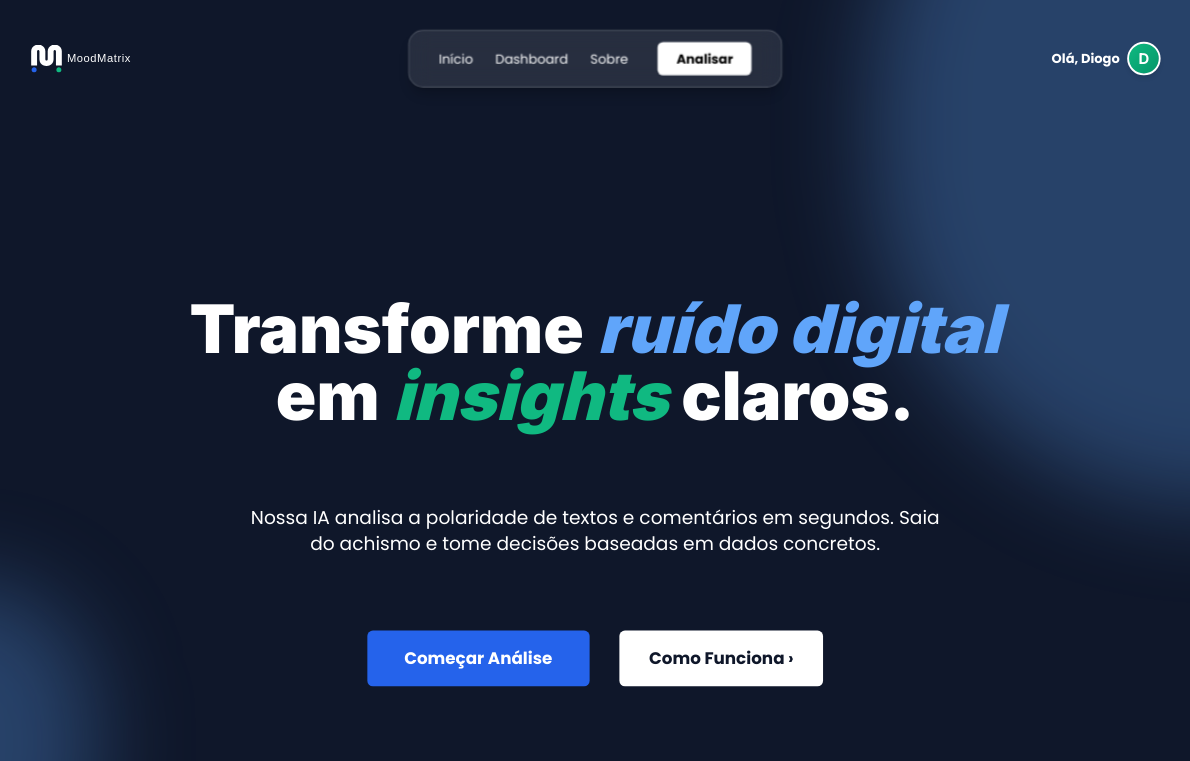
Repository: Hackaton-ONE/hackathon-Frontend
Page: /
An editor plug-in stored every save of this project. The page is shown before and after a run of saves, followed by the edit.
The browser window is 1280 px wide. The pictures show the whole page, at 93% of full size.
An inner scrolling area shows only its first screen. Some web fonts or font styles are not loaded; a fallback is used. The project was rebuilt for these pictures with package versions that can differ from the ones it lists, and the page was loaded fresh each time. The framework's server and built-in components were replaced by stand-ins that run in the browser. Also part of the build but not shown: next.config.ts.

Above is the page before, as saved 2026-01-02 13:30:06.

### app/layout.tsx
import type { Metadata } from "next";
import { Inter, Poppins, MuseoModerno } from "next/font/google"; // 1. Importar Poppins
import "./globals.css";


// 2. Configurar Inter
const inter = Inter({
  subsets: ["latin"],
  variable: "--font-inter",
});

// 3. Configurar Poppins (Pesos comuns: 400, 600, 700)
const poppins = Poppins({
  weight: ['400', '600', '700'],
  subsets: ["latin"],
  variable: "--font-poppins",
});

const museo = MuseoModerno({
  subsets: ["latin"],
  variable: "--font-museo",
  display: "swap",
});

export const metadata: Metadata = {
  title: "MoodMatrix",
  description: "Análise de sentimentos com IA",
};

export default function RootLayout({
  children,
}: Readonly<{

  children: React.ReactNode;
}>) {
  return (
    <html lang="pt-br">
      {/* 4. Adicionar ambas as variáveis no body */}
      <body className={`${inter.variable} ${poppins.variable} ${museo.variable} bg-mood-dark text-white font-sans antialiased`}>

        {children}
      </body>
    </html>
  );
}

### app/page.tsx
import { Navbar } from "@/components/Navbar";
import { HeroSection } from "../components/HeroSection";
import { TechStack } from "@/components/TechStack";

export default function Home() {
  return (
    <main className="min-h-screen bg-mood-dark text-white selection:bg-neon-green selection:text-mood-dark overflow-x-hidden">
      {/* A Navbar já está no layout.tsx, então não precisa repetir aqui se já colocou lá */}
      <Navbar />
      <HeroSection />

      {/* Aqui virão as próximas seções (Tech Stack, Benefícios, etc.) */}

    </main>
  );
}

### app/globals.css
@tailwind base;
@tailwind components;
@tailwind utilities;

/* Define o fundo padrão do site inteiro e a cor do texto */
body {
  background-color: #0F172A; /* mood.dark */
  color: #ffffff;
  min-height: 100vh;
}

/* Utilitário para o efeito de Vidro (Glassmorphism) */
.glass {
  background: rgba(30, 41, 59, 0.4); /* mood.gray com transparência */
  backdrop-filter: blur(12px);
  -webkit-backdrop-filter: blur(12px);
  border: 1px solid rgba(255, 255, 255, 0.1);
}

/* === PERSONALIZAÇÃO DA BARRA DE ROLAGEM === */

/* 1. Define a largura da barra */
::-webkit-scrollbar {
  width: 8px;
  height: 8px;
}

/* 2. Remove o fundo (Track) */
::-webkit-scrollbar-track {
  background: transparent;
}

/* 3. Cor da barra (Thumb)*/
::-webkit-scrollbar-thumb {
  background-color: #2563EB;
  border-radius: 9999px;
}

/* 4. Efeito ao passar o mouse */
::-webkit-scrollbar-thumb:hover {
  background-color: #60A5FA; /* blue-light */
}

/* 5. Remove as setas (Buttons) */
::-webkit-scrollbar-button {
  display: none;
}

### components/Navbar.tsx
"use client";

import Link from "next/link";
import { useState } from "react";
import { Menu, X } from "lucide-react";
import Image from "next/image";

// Componente NavLink (Link com sublinhado azul)
const NavLink = ({ href, children }: { href: string; children: React.ReactNode }) => (
  <Link
    href={href}
    className="relative group text-white transition-colors font-medium text-sm"
  >
    {children}
    <span className="absolute -bottom-1 left-0 w-0 h-[2px] bg-blue-default transition-all duration-300 ease-out group-hover:w-full" />
  </Link>
);

export function Navbar() {
  const [isOpen, setIsOpen] = useState(false);

  return (
    // Container Principal
    <div className="relative top-0 left-0 w-full z-50 px-8 py-8">

      <div className="max-w-[1600px] mx-auto flex justify-between items-center lg:grid lg:grid-cols-3">

        {/* =======================
            1. LOGO (Coluna 1 - Alinhado à Esquerda)
           ======================= */}
        <div className="flex justify-start">
          <Link href="/" className="flex items-center gap-1 z-50 group">
            <div className="relative w-8 h-8 lg:w-9 lg:h-9 flex items-center justify-center">
              <Image
                src="/logo.svg"
                alt="Logo MoodMatrix"
                fill
                className="object-contain"
              />
            </div>

            <span className="text-white font-medium text-xs font-museo tracking-wider">
              Mood<span>Matrix</span>
            </span>
          </Link>
        </div>

        {/* =======================
            2. PÍLULA CENTRAL (Coluna 2)
            MUDANÇA: 'hidden lg:flex'
            (Escondido em Tablet/Mobile, Flex em Notebook+)
           ======================= */}
        <div className="hidden lg:flex justify-center">
          <nav className="flex items-center gap-8 pl-8 pr-8 py-3 rounded-2xl bg-white/10 backdrop-blur-md border border-white/20 shadow-lg shadow-black/20">
            {/* Links */}
            <div className="flex items-center gap-6 font-poppins font-bold">
              <NavLink href="/">Início</NavLink>
              <NavLink href="/dashboard">Dashboard</NavLink>
              <NavLink href="#sobre">Sobre</NavLink>
            </div>

            {/* Botão Analisar */}
            <Link href="/analisar">
              <button className="bg-white hover:bg-neon-orange text-black font-poppins font-bold text-sm px-5 py-2 rounded-md transition-all duration-200 shadow-sm hover:shadow-md">
                Analisar
              </button>
            </Link>
          </nav>
        </div>

        {/* =======================
            3. AVATAR / MENU (Coluna 3 - Alinhado à Direita)
           ======================= */}
        <div className="flex justify-end items-center gap-4 z-50">

          {/* Avatar (Desktop) */}
          <div className="hidden lg:flex items-center gap-2 pl-4">
            <div className="text-right hidden lg:block">
              <p className="font-poppins text-sm font-bold text-white">Olá, Diogo</p>
            </div>
            <div className="w-9 h-9 rounded-full bg-gradient-to-br from-neon-green to-emerald-600 flex items-center justify-center text-white font-bold border-2 border-white shadow-md">
              D
            </div>
          </div>

          {/* Botão Hambúrguer (Mobile) */}
          <button
            onClick={() => setIsOpen(!isOpen)}
            className="lg:hidden text-white hover:text-neon-blue transition p-1"
          >
            {isOpen ? <X size={28} /> : <Menu size={28} />}
          </button>
        </div>

      </div>

      {/* =======================
          4. MENU MOBILE DROPDOWN
         ======================= */}
      {isOpen && (
        <div className="lg:hidden absolute top-24 left-4 right-4 z-10 bg-mood-dark/95 backdrop-blur-xl border border-white/10 rounded-2xl p-4 shadow-2xl animate-in fade-in slide-in-from-top-5">

          <div className="flex flex-col space-y-1">
            <Link href="/" onClick={() => setIsOpen(false)} className="block px-4 py-3 text-white/90 hover:text-white hover:bg-blue-default rounded-lg transition-colors text-sm font-medium">
              Início
            </Link>
            <Link href="/dashboard" onClick={() => setIsOpen(false)} className="block px-4 py-3 text-white/90 hover:text-white hover:bg-blue-default rounded-lg transition-colors text-sm font-medium">
              Dashboard
            </Link>
            <Link href="#sobre" onClick={() => setIsOpen(false)} className="block px-4 py-3 text-white/90 hover:text-white hover:bg-blue-default rounded-lg transition-colors text-sm font-medium">
              Sobre
            </Link>
          </div>

          <div className="my-3 border-t border-white/10" />

          <Link href="/analisar" onClick={() => setIsOpen(false)}>
            <button className="w-full bg-white hover:bg-neon-orange text-mood-dark border border-white/20 font-poppins font-bold text-sm py-3 rounded-lg transition-all duration-200">
              Analisar
            </button>
          </Link>

          <div className="mt-4 pt-4 border-t border-white/10 flex items-center gap-3">
            <div className="w-8 h-8 rounded-full bg-gradient-to-br from-neon-green to-emerald-600 flex items-center justify-center text-white font-bold text-xs">
              D
            </div>
            <div>
              <p className="text-sm font-bold text-white">Diogo</p>
              <p className="text-xs text-gray-400">diogo@exemplo.com</p>
            </div>
          </div>

        </div>
      )}
    </div>
  );
}

### components/HeroSection.tsx
import Link from "next/link";
import { Button } from "./Button"; // Importando seu botão personalizado

export function HeroSection() {
  return (
    <section className="relative pt-32 lg:pt-48 pb-20 px-4">

      {/* =========================================
          ELEMENTOS DECORATIVOS DE FUNDO (GLOWS)
          ========================================= */}

{/* 1. ELIPSE MAIOR (Direita/Topo)
          x: 946.5, y: -78.06 -> right-0 top-[-78px] (Ajustado para responsivo)
          w: 743.5, h: 817.56 -> w-[743px] h-[817px]
          fill: 60A5FA 30% -> bg-blue-light/30
          blur: 160 -> blur-[160px]
      */}
      <div
        className="
          absolute
          top-[-500px] lg:top-[-400px] 2xl:top-[-300px]
          right-[-600px] lg:right-[-400px] 2xl:right-[-300px] /* Ajuste fino para telas diferentes */
          w-[743px]
          h-[817px]
          bg-blue-light/30
          blur-[50px]
          rounded-full
          z-0
          pointer-events-none
        "
      />

      {/* 2. ELIPSE MENOR (Esquerda/Baixo)
          x: -90, y: 546 -> left-[-90px] top-[546px]
          w: 282, h: 343 -> w-[282px] h-[343px]
          fill: 60A5FA 30% -> bg-blue-light/30
          blur: 160 -> blur-[160px]
      */}
      <div
        className="
          absolute
          top-[300px] lg:top-[500px] 2xl:top-[400px]
          left-[-200px] lg:left-[-180px] 2xl:left-[-100px]
          w-[282px]
          h-[343px]
          bg-blue-light/30
          blur-[50px]
          rounded-full
          z-0
          pointer-events-none
        "
      />


      {/* =========================================
          CONTEÚDO PRINCIPAL
          ========================================= */}
      <div className="relative z-10 max-w-7xl mx-auto text-center flex flex-col items-center">

        {/* TÍTULO */}
        <h1 className="font-inter font-black text-4xl md:text-6xl lg:text-7xl 2xl:text-8xl leading-tight text-white mb-8 md:mb-14 lg:mb-20 max-w-7xl">
          Transforme <span className="italic text-blue-light">ruído digital</span> <br className="hidden md:block" />
          em <span className="italic text-neon-green">insights</span> claros.
        </h1>

        {/* SUBTÍTULO */}
        <p className="font-poppins font-light text-white text-base md:text-xl mb-8 md:mb-14 lg:mb-20 max-w-3xl">
          Nossa IA analisa a polaridade de textos e comentários em segundos. Saia do achismo e tome decisões baseadas em dados concretos.
        </p>

        {/* BOTÕES DE AÇÃO (CTA) */}
        <div className="flex flex-col sm:flex-row gap-6 md:gap-8 2xl:gap-10 w-full sm:w-auto">
          <Link href="/analisar">
            <Button variant="primary" className="w-full sm:w-auto text-lg px-8 lg:px-10 py-4 bg-blue-default hover:bg-neon-green font-poppins">
              Começar Análise
            </Button>
          </Link>

          <Link href="#como-funciona">
            <Button variant="outline" className="w-full sm:w-auto text-lg px-8 py-4 bg-white  font-poppins">
              Como Funciona ›
            </Button>
          </Link>
        </div>

      </div>
    </section>
  );
}

### components/Button.tsx
import React from "react";

interface ButtonProps extends React.ButtonHTMLAttributes<HTMLButtonElement> {
  variant?: "primary" | "outline" | "ghost";
  children: React.ReactNode;
}

export function Button({ variant = "primary", className = "", children, ...props }: ButtonProps) {

  const baseStyles = "px-6 py-3 rounded-md font-bold transition-all duration-200 flex items-center justify-center gap-2 active:scale-[0.98]";

  const variants = {
    primary: "text-white active:translate-y-1",

    // Outline (Borda simples)
    outline: "text-mood-dark",

    // Ghost (Transparente)
    ghost:   "bg-transparent text-gray-400 hover:text-white hover:bg-white/5",
  };

  return (
    <button
      className={`${baseStyles} ${variants[variant]} ${className}`}
      {...props}
    >
      {children}
    </button>
  );
}

### tailwind.config.ts
/** @type {import('tailwindcss').Config} */
const config = {
  // Configuração de onde o Tailwind procura as classes
  content: [
    "./app/**/*.{js,ts,jsx,tsx,mdx}",
    "./pages/**/*.{js,ts,jsx,tsx,mdx}",
    "./components/**/*.{js,ts,jsx,tsx,mdx}",
    "./src/app/**/*.{js,ts,jsx,tsx,mdx}",
    "./src/pages/**/*.{js,ts,jsx,tsx,mdx}",
    "./src/components/**/*.{js,ts,jsx,tsx,mdx}",
  ],
  theme: {
    extend: {
      colors: {
        white: "#FFFFFF",
        mood: {
          dark: "#0F172A", // Fundo Azul Escuro
          nav: "#FFFFFF",  // Base para Navbar
        },
        blue: {
          light: "#60A5FA",   // Azul Claro
          default: "#2563EB", // Azul Padrão
          dark: "#1E3A8A",    // Azul Escuro
        },
        neon: {
          green: "#10B981",
          red: "#B91C1C",
          orange: "#F59E0B",
        },
      },
      fontFamily: {
        sans: ['var(--font-inter)', 'sans-serif'],
        poppins: ['var(--font-poppins)', 'sans-serif'],
        museo: ['var(--font-museo)', 'sans-serif'],
      },
      backgroundImage: {
        // Gradientes de Seta e Barra de Progresso
        'gradient-pos': 'linear-gradient(to right, #2563EB, #10B981)',
        'gradient-neg': 'linear-gradient(to right, #B91C1C, #F59E0B)',

        // Gradientes Sutis para os Cards (Glassmorphism)
        'card-blue': 'linear-gradient(180deg, rgba(255, 255, 255, 0) 0%, rgba(96, 165, 250, 0.05) 100%)',
        'card-green': 'linear-gradient(180deg, rgba(255, 255, 255, 0) 0%, rgba(16, 185, 129, 0.05) 100%)',
        'card-red': 'linear-gradient(180deg, rgba(255, 255, 255, 0) 0%, rgba(185, 28, 28, 0.05) 100%)',
        'card-orange': 'linear-gradient(180deg, rgba(255, 255, 255, 0) 0%, rgba(245, 158, 11, 0.05) 100%)', // NOVO
      }
    },
  },
  plugins: [],
};

export default config;

### components/TechStack.tsx
import React from "react";

export function TechStack() {

  // Lista dos ícones com seus SVGs exatos
  const technologies = [
    {
      name: "Figma",
      path: (
        <path d="M8.333 12.5c0 1.84 1.494 3.333 3.334 3.333h1.666V12.5h-5zm0-4.167c0-1.84 1.493-3.333 3.334-3.333h1.666v3.333h-5zm0 8.334c0 1.84 1.494 3.333 3.334 3.333 1.84 0 3.333-1.493 3.333-3.333V12.5h-1.667v4.167h-5zM16.667 5H15V8.333h1.667c1.84 0 3.333-1.493 3.333-3.333S18.507 5 16.667 5zm0 4.167H15V12.5h1.667c1.84 0 3.333-1.494 3.333-3.333s-1.493-3.334-3.333-3.334z" />
      ),
    },
    {
      name: "Next.js",
      path: (
        <path d="M12 2C6.477 2 2 6.477 2 12s4.477 10 10 10 10-4.477 10-10S17.523 2 12 2zm4.72 15.28h-1.63L10.66 10.4V17.3H8.92V7h1.63l4.52 7.02V7h1.65v10.28z" />
      ),
    },
    {
      name: "Material UI",
      path: (
        <path d="M20 4H4c-1.1 0-2 .9-2 2v12c0 1.1.9 2 2 2h16c1.1 0 2-.9 2-2V6c0-1.1-.9-2-2-2zM4 18V6h5.33l2.67 4 2.67-4H20v12h-4v-6.34l-2.67 4-2.67-4V18H4z" />
      ),
    },
    {
      name: "Spring Boot",
      path: (
        <path d="M19.14 7.5A8.7 8.7 0 0012.2 3.36a2.68 2.68 0 011.63.92 9.07 9.07 0 011.94 4.1c.14 1 .28 2.05.5 3.06.66 2.94 2.4 3.52 2.87 3.22.46-.3.23-2.14 0-7.16zM13.43 19a11.58 11.58 0 01-.65-4.25c.03-1.6.43-3.5 1.1-5.1.47-1.15.5-2.06.07-2.33-.52-.33-1.9.92-3.1 3.5a13.3 13.3 0 00-1.4 6.7c0 1.83.27 3.1.6 4.1.33.95 2.12.3 3.38-2.62z" />
      ),
    },
    {
      name: "Python",
      path: (
        <path d="M12.02 2c-2.13 0-4.04.35-4.04 2.37V6H5.4C3.26 6 2 7.37 2 9.48v5.18c0 1.95 1.5 2.5 3.1 2.5h1.56v-2.07c0-1.78.47-2.8 2.52-2.8h4.52V9.8c0-1.84-1.2-2.6-2.9-2.6h-2V5.7c0-1.07 1.1-1.37 2.18-1.37h2.75c1.08 0 1.35.82 1.35 1.9v1.44h2.7V5.7C17.8 3.57 15.86 2 12.02 2zM9.4 14.5c-1.1 0-1.36.8-1.36 1.88v1.46H5.3v-1.9c0-1.83 1.2-2.6 2.9-2.6h3.2v-1.16c0-2.1 1.9-2.47 4.02-2.47 2.14 0 4.05.35 4.05 2.37V14.6h-2.6c0-1.08-1.07-1.37-2.15-1.37h-2.73c-1.1 0-1.37.8-1.37 1.88v2.5c0 1.83 1.2 2.62 2.9 2.62h2v1.5c0 1.06-1.1 1.36-2.18 1.36H9.4v-1.44z" />
      ),
    },
    {
      name: "MySQL",
      path: (
        <path d="M20.2 13c-2.4.3-4.3 1.4-5.3 3-.3.5-.5 1-.6 1.6-.2-1.3-1.6-1.5-2.3-1.6-2.2-.3-4.4.6-5.4 2.6-.5 1-.6 2.2-.2 3.3.4 1 1.4 1.7 2.4 2 .1 0 .2 0 .4 0 1.2-.1 2.3-.9 2.8-2 .1-.3.2-.6.3-1 .2 1.3 1.5 2.1 2.8 1.9 1.8-.3 3.3-1.7 3.8-3.4.5-1.6.2-3.4-1-4.7.9-.6 1.8-1.1 2.8-1.4.1 0 .2-.1.3-.1-.2-.1-.5-.1-.8-.2zm-12.8 4c-.6 0-1-.5-1-1.1 0-.6.5-1.1 1.1-1.1.6 0 1.1.5 1.1 1.1 0 .6-.5 1.1-1.1 1.1zm6 0c-.6 0-1.1-.5-1.1-1.1 0-.6.5-1.1 1.1-1.1.6 0 1.1.5 1.1 1.1 0 .6-.5 1.1-1.1 1.1z" />
      ),
    },
    {
      name: "Docker",
      path: (
        <path d="M1.9 10.3c-.6 0-1.1.5-1.1 1.1v3.2c0 .6.5 1.1 1.1 1.1h3.2c.6 0 1.1-.5 1.1-1.1v-3.2c0-.6-.5-1.1-1.1-1.1H1.9zm5.3-2.1c-.6 0-1.1.5-1.1 1.1v5.3c0 .6.5 1.1 1.1 1.1h3.2c.6 0 1.1-.5 1.1-1.1V9.3c0-.6-.5-1.1-1.1-1.1H7.2zm5.3 0c-.6 0-1.1.5-1.1 1.1v5.3c0 .6.5 1.1 1.1 1.1h3.2c.6 0 1.1-.5 1.1-1.1V9.3c0-.6-.5-1.1-1.1-1.1h-3.2zm5.3-2.2c-.6 0-1.1.5-1.1 1.1v7.5c0 .6.5 1.1 1.1 1.1h3.2c.6 0 1.1-.5 1.1-1.1V6c0-.6-.5-1.1-1.1-1.1h-3.2z" />
      ),
    }
  ];

  return (
    <section className="py-12 px-4 lg:px-8 relative z-20"> {/* z-20 para ficar acima de qualquer glow residual */}
      <div className="max-w-5xl mx-auto">

        {/* Container Escuro e Longo (Igual à imagem) */}
        <div className="bg-mood-dark/80 backdrop-blur-md border border-white/10 rounded-3xl p-6 lg:p-10 shadow-2xl">

          <div className="flex flex-wrap items-center justify-center gap-6 md:gap-8 lg:gap-12">

            {technologies.map((tech, index) => (
              <div
                key={index}
                className="group relative flex items-center justify-center"
              >
                {/* O Bloco Azul Sólido */}
                <div className="
                  w-16 h-16 md:w-20 md:h-20
                  bg-blue-DEFAULT
                  rounded-2xl
                  flex items-center justify-center
                  shadow-lg shadow-blue-900/40
                  transition-all duration-300
                  group-hover:scale-110 group-hover:bg-blue-600
                  border border-white/10
                ">
                  {/* Ícone SVG Branco */}
                  <svg
                    className="w-8 h-8 md:w-10 md:h-10 text-white fill-current"
                    viewBox="0 0 24 24"
                    xmlns="http://www.w3.org/2000/svg"
                  >
                    {tech.path}
                  </svg>
                </div>

                {/* Tooltip opcional (Nome da tecnologia) */}
                <span className="
                  absolute -bottom-8 left-1/2 -translate-x-1/2
                  text-xs font-poppins text-gray-400
                  opacity-0 group-hover:opacity-100 transition-opacity
                  whitespace-nowrap
                ">
                  {tech.name}
                </span>
              </div>
            ))}

          </div>
        </div>

      </div>
    </section>
  );
}

After the next 2 saves:
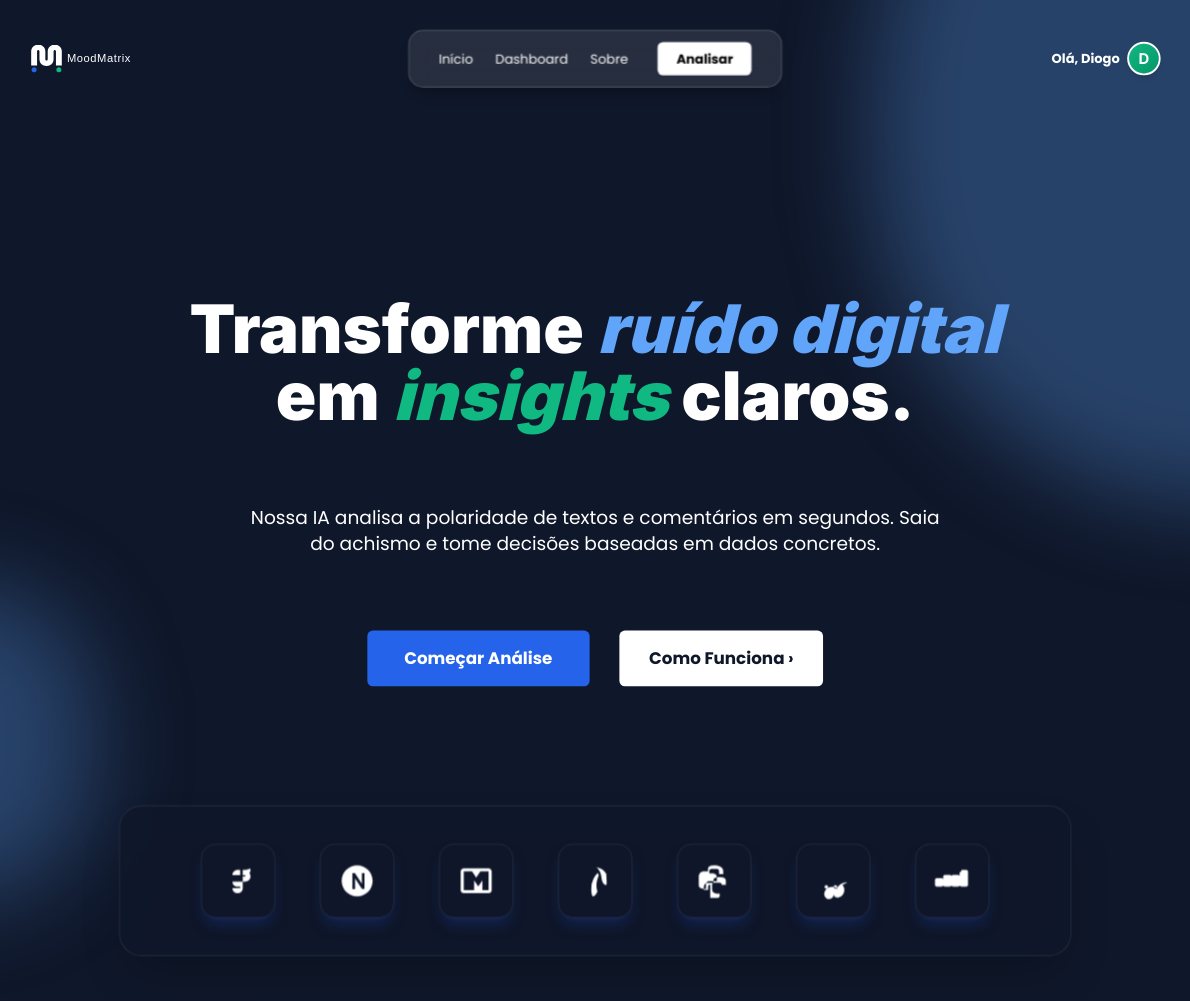
The 2 saves are shown as one change because they came seconds apart.
The last was saved 8 s later.
--- a/app/page.tsx
+++ b/app/page.tsx
@@ -8,6 +8,7 @@ export default function Home() {
       {/* A Navbar já está no layout.tsx, então não precisa repetir aqui se já colocou lá */}
       <Navbar />
       <HeroSection />
+      <TechStack />
 
       {/* Aqui virão as próximas seções (Tech Stack, Benefícios, etc.) */}
 
